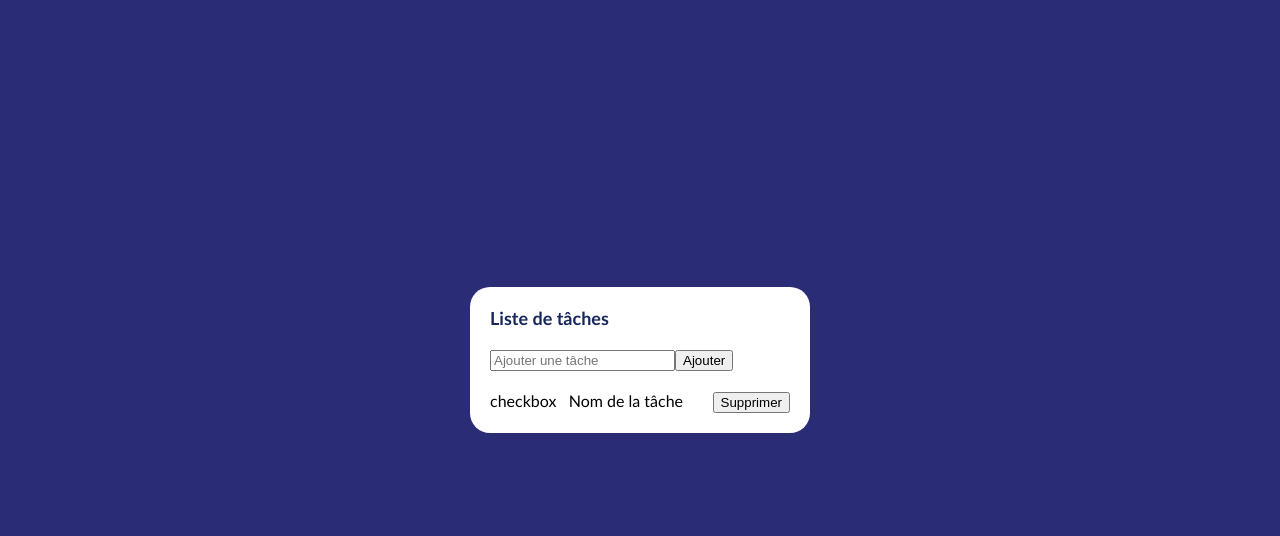
Repository: ndiemenguer/convertisseur
Page: / (app in todo-isep/)
These files come from the project's save history. The page is drawn as it stood at one moment and after the next save; the edit follows.
The browser window is 1280 px wide. The pictures show the whole page.
The project was rebuilt for these pictures with package versions that can differ from the ones it lists, and the page was loaded fresh each time. Also part of the build but not shown: todo-isep/vite.config.js, todo-isep/src/Application.jsx, todo-isep/src/index.css.

Above is the page before, as saved 2023-05-06 12:19:22.

After the next save:
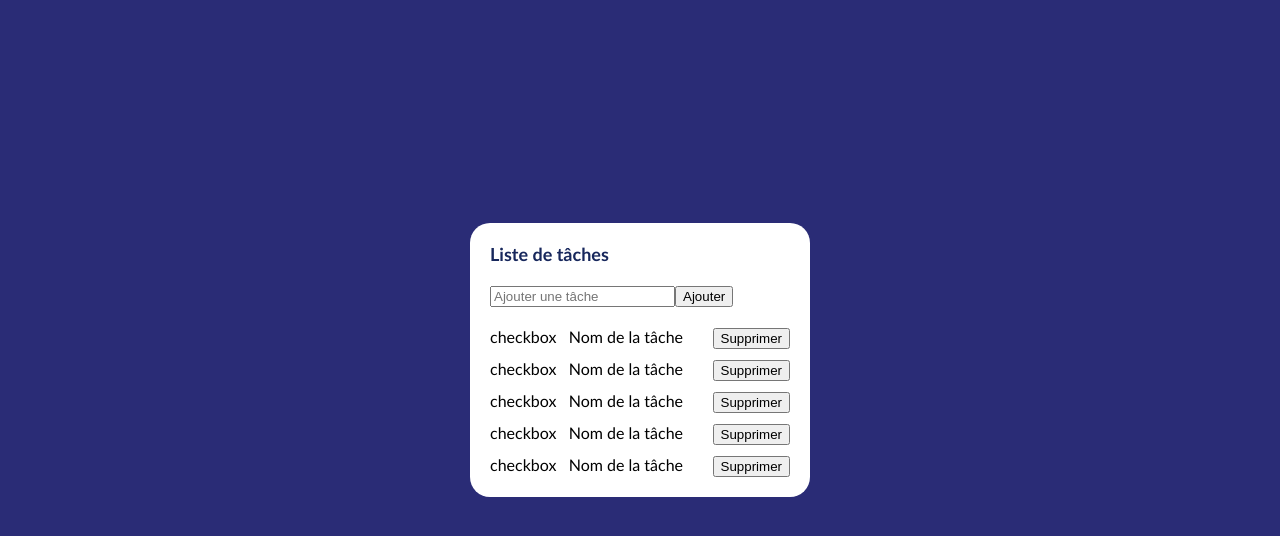
Saved 18 s later.
--- a/todo-isep/src/App.jsx
+++ b/todo-isep/src/App.jsx
@@ -16,6 +16,30 @@
               <button>Supprimer</button>
             </div>
           </div>
+          <div className="todo-box">
+            <div>checkbox &nbsp; Nom de la tâche</div>
+            <div>
+              <button>Supprimer</button>
+            </div>
+          </div>
+          <div className="todo-box">
+            <div>checkbox &nbsp; Nom de la tâche</div>
+            <div>
+              <button>Supprimer</button>
+            </div>
+          </div>
+          <div className="todo-box">
+            <div>checkbox &nbsp; Nom de la tâche</div>
+            <div>
+              <button>Supprimer</button>
+            </div>
+          </div>
+          <div className="todo-box">
+            <div>checkbox &nbsp; Nom de la tâche</div>
+            <div>
+              <button>Supprimer</button>
+            </div>
+          </div>
         </div>
       </main>
     </>

After the save that followed:
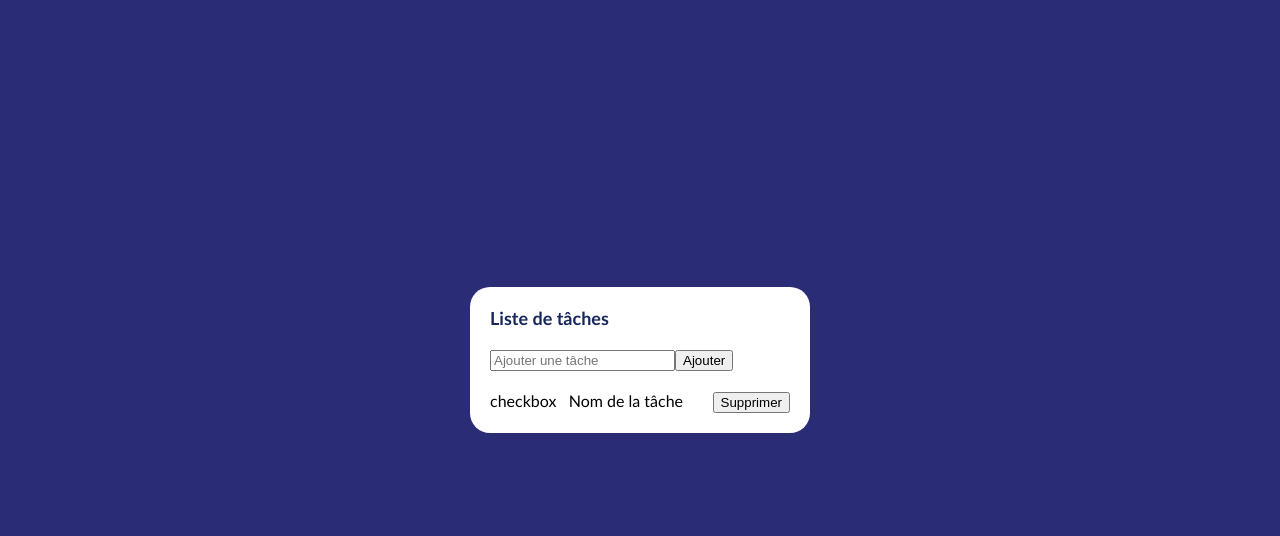
Saved 100 s later.
--- a/todo-isep/src/App.jsx
+++ b/todo-isep/src/App.jsx
@@ -16,30 +16,6 @@
               <button>Supprimer</button>
             </div>
           </div>
-          <div className="todo-box">
-            <div>checkbox &nbsp; Nom de la tâche</div>
-            <div>
-              <button>Supprimer</button>
-            </div>
-          </div>
-          <div className="todo-box">
-            <div>checkbox &nbsp; Nom de la tâche</div>
-            <div>
-              <button>Supprimer</button>
-            </div>
-          </div>
-          <div className="todo-box">
-            <div>checkbox &nbsp; Nom de la tâche</div>
-            <div>
-              <button>Supprimer</button>
-            </div>
-          </div>
-          <div className="todo-box">
-            <div>checkbox &nbsp; Nom de la tâche</div>
-            <div>
-              <button>Supprimer</button>
-            </div>
-          </div>
         </div>
       </main>
     </>
